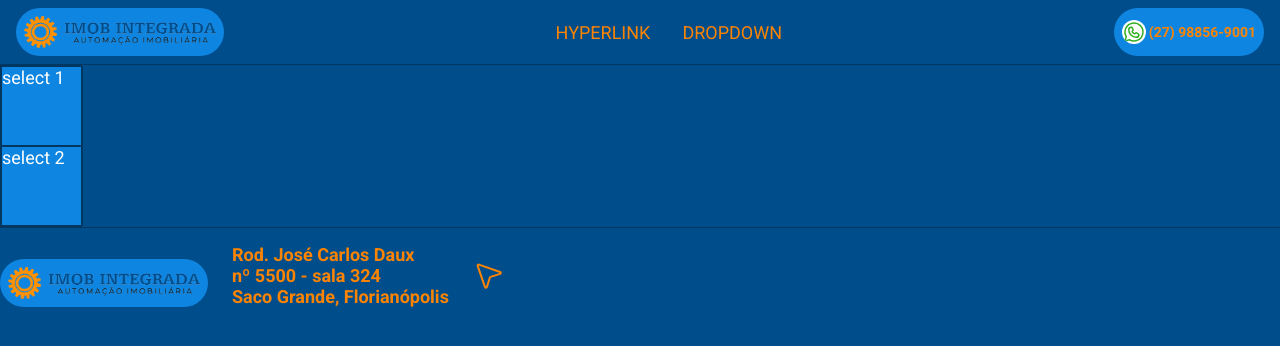
Repository: K0slov/testeAPI
Page: /
These files come from the project's save history. The page is drawn as it stood at one moment and after the next save; the edit follows.
The browser window is 1280 px wide. The pictures show the whole page.
The project was rebuilt for these pictures with package versions that can differ from the ones it lists, and the page was loaded fresh each time. Also part of the build but not shown: vite.config.ts.

Above is the page before, as saved 2022-06-28 09:16:53.

After the next save:
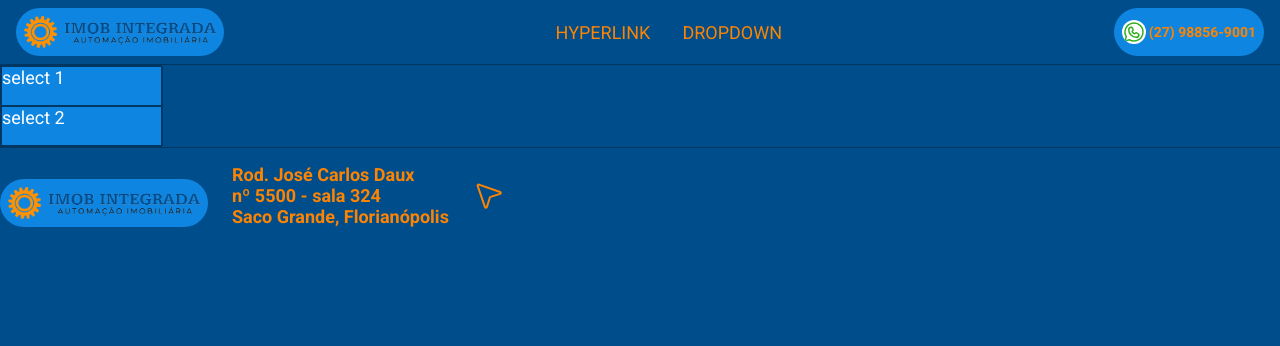
Saved 14 s later.
--- a/src/components/SelectBar/styles.css
+++ b/src/components/SelectBar/styles.css
@@ -1,6 +1,6 @@
 .box {
-    width: 5rem;
-    height: 10rem;
+    width: 10rem;
+    height: 5rem;
     display: flex;
     flex-direction: column;
     background: #0e86e1;
